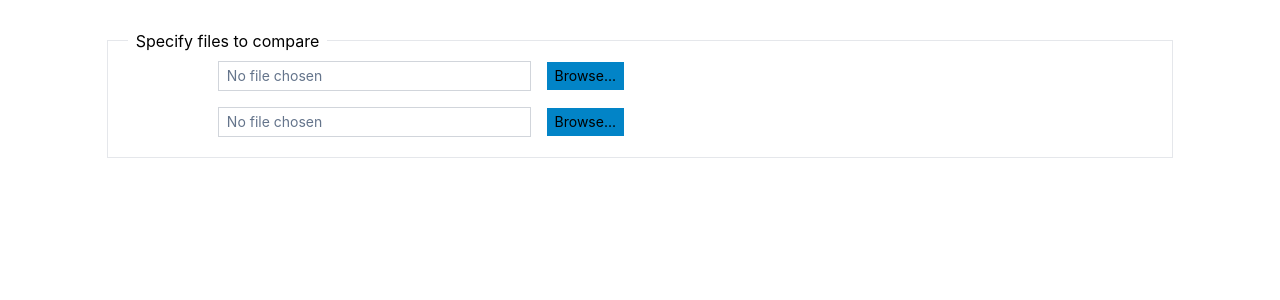
Repository: chionye/paymentology-front
Page: /
The author's editor kept a copy of each file at every save. The page is drawn from the files as they stood at one save, then again after a run of saves.
The browser window is 1280 px wide. The pictures show the whole page.
The project was rebuilt for these pictures with package versions that can differ from the ones it lists, and the page was loaded fresh each time.

Above is the page before, as saved 2022-03-16 13:22:20.

After the next 3 saves:
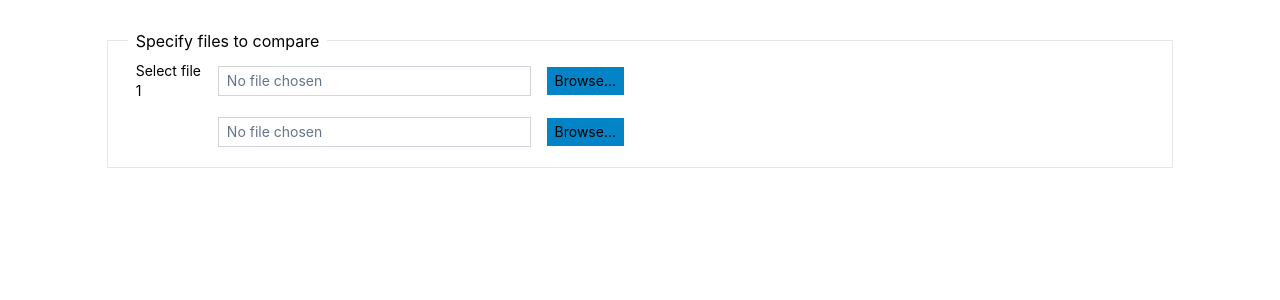
The 3 saves are shown as one change because 1 did not build or start and some came seconds apart.
The last was saved 17 s later.
--- a/src/components/Section.js
+++ b/src/components/Section.js
@@ -4,7 +4,7 @@ const Section = () => {
     return(
         <div className="relative w-5/6 h-auto p-3 border border-1 border-gray mx-auto my-10">
             <div className="absolute -top-3 left-5 bg-white px-2">Specify files to compare</div>
-            <InputFile />
+            <InputFile file={"Select file 1"} />
             <div className="flex flex-row">
             <InputFile />
             </div>
